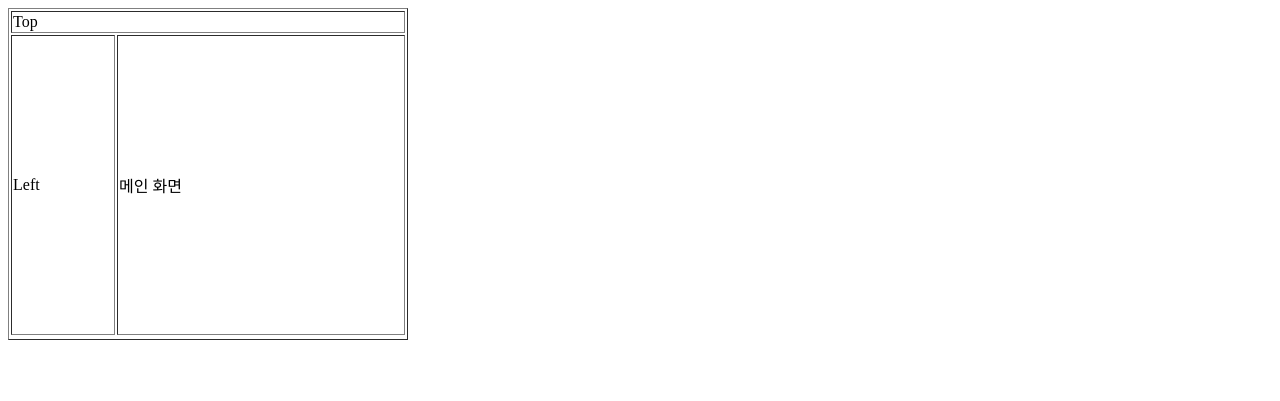
Repository: hyyrim/WebStudy
Page: http://localhost/WebApp19/Main.jsp
The author's editor kept a copy of each file at every save. The page is drawn from the files as they stood at one save, then again after the next save.
The browser window is 1280 px wide. The pictures show the whole page.
The page is served by Tomcat 9.

Above is the page before, as saved 2021-05-20 07:37:30.

After the next save:
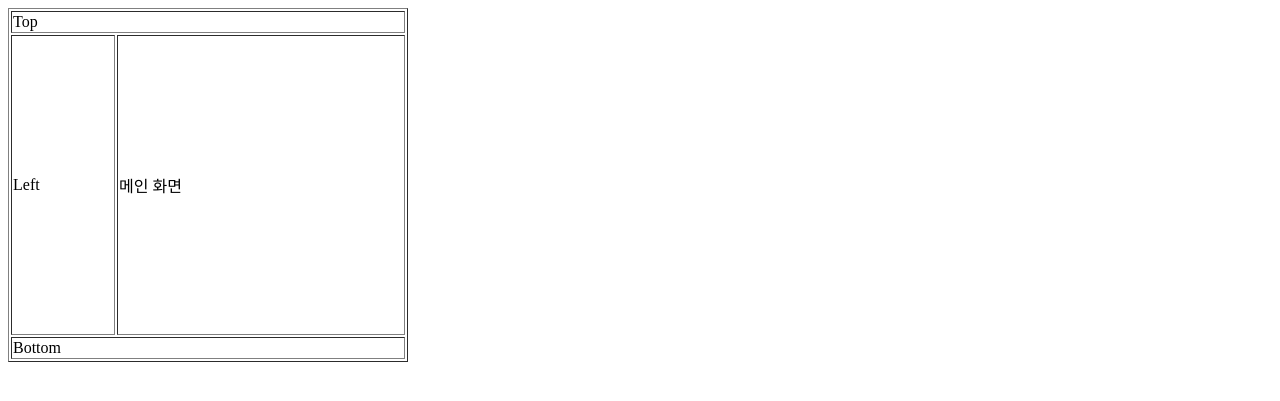
Saved 9 s later.
--- a/WebApp19/WebContent/Main.jsp
+++ b/WebApp19/WebContent/Main.jsp
@@ -23,6 +23,9 @@
 			</td>
 		</tr>
 		<tr>
+			<td colspan="2">
+				Bottom
+			</td>
 		</tr>
 	</table>
 </div>
